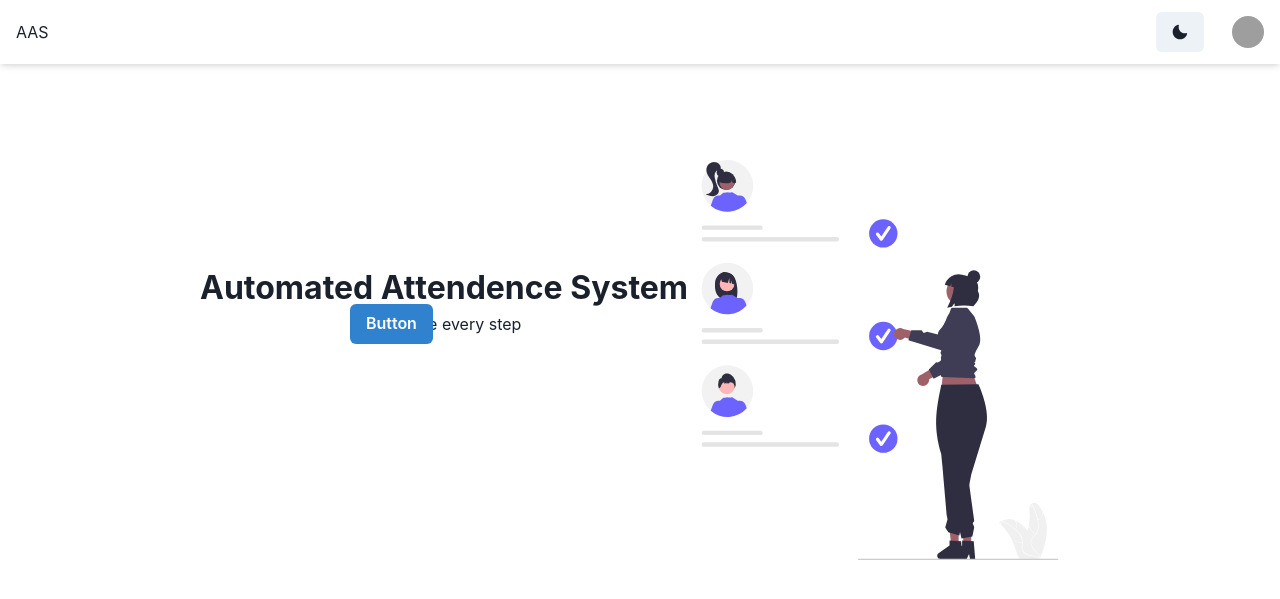
Repository: shash0708/attendence
Page: /
An editor plug-in stored every save of this project. The page is shown before and after a run of saves, followed by the edit.
The browser window is 1280 px wide. The pictures show the whole page.
Pictures or frames that could not be fetched are drawn as grey boxes. The project was rebuilt for these pictures with package versions that can differ from the ones it lists, and the page was loaded fresh each time. Also part of the build but not shown: src/App.css, src/components/Login/Login.component.jsx, src/components/Signup/Signup.component.jsx, src/routes/Authentication/Authentication.component.jsx.

Above is the page before, as saved 2024-04-06 20:44:02.

### src/index.js
import React from 'react';
import ReactDOM from 'react-dom/client';
import './index.css';
import App from './App';
import reportWebVitals from './reportWebVitals';
import { BrowserRouter } from 'react-router-dom';
import { ChakraProvider } from '@chakra-ui/react'

const root = ReactDOM.createRoot(document.getElementById('root'));
root.render(
  <React.StrictMode>
  <BrowserRouter>
<ChakraProvider>
    <App />
    </ChakraProvider>
    </BrowserRouter>

  </React.StrictMode>
);

// If you want to start measuring performance in your app, pass a function
// to log results (for example: reportWebVitals(console.log))
// or send to an analytics endpoint. Learn more: https://bit.ly/CRA-vitals
reportWebVitals();

### src/App.js
import './App.css';
import Home from './routes/Home/Home.component.jsx'
import { Routes,Route} from 'react-router-dom';
import Authentication from './routes/Authentication/Authentication.component';

function App() {
  return (
    <Routes>
    <Route index element={<Home/>}/>

    <Route path='auth' element={<Authentication/>}/>

    </Routes>
  );
}

export default App;

### src/routes/Home/Home.component.jsx
import React from 'react'
import { Outlet } from 'react-router-dom';
import Nav from '../../components/Navbar/Navbar.component';
import HomeProp from '../../components/homeProp/HomeProp.component';
const Home  = () => {
  return (
    <div>
       <Nav/>
       <HomeProp />
       <Outlet/>
    </div>
  )
}

export  default Home;

### client/src/components/Navbar/Navbar.component.jsx
'use client'

import {
  Box,
  Flex,
  Avatar,
  Text,
  Button,
  Menu,
  MenuButton,
  MenuList,
  MenuItem,
  MenuDivider,
  useDisclosure,
  useColorModeValue,
  Stack,
  useColorMode,
  Center,
} from '@chakra-ui/react'
import { MoonIcon, SunIcon } from '@chakra-ui/icons'
import { Link, Outlet } from 'react-router-dom';

const NavLink = (props) => {
  const { children } = props

  return (
    <Box
      as="a"
      px={2}
      py={1}
      rounded={'md'}
      _hover={{
        textDecoration: 'none',
        bg: useColorModeValue('gray.200', 'gray.700'),
      }}
      href={'#'}>
      {children}
    </Box>
  )
}

export default function Nav() {
  const { colorMode, toggleColorMode } = useColorMode();
  const { isOpen, onOpen, onClose } = useDisclosure();
  return (
    <div>
      <Box

        px={4}
        shadow="md"
        style={{ backdropFilter: 'blur(10px)' }} // Adds blur effect to the background
      >
        <Flex h={16} alignItems={'center'} justifyContent={'space-between'}>
          <Box>
          <Link to="/">AAS</Link>

          </Box>

          <Flex alignItems={'center'}>
            <Stack direction={'row'} spacing={7}>
              <Button onClick={toggleColorMode}>
                {colorMode === 'light' ? <MoonIcon /> : <SunIcon />}
              </Button>

              <Menu>
                <MenuButton
                  as={Button}
                  rounded={'full'}
                  variant={'link'}
                  cursor={'pointer'}
                  minW={0}>
                  <Avatar
                    size={'sm'}
                    src={'https://avatars.dicebear.com/api/male/username.svg'}
                  />
                </MenuButton>
                <MenuList alignItems={'center'} shadow="lg">
                  <br />
                  <Center>
                    <Avatar
                      size={'2xl'}
                      src={'https://avatars.dicebear.com/api/male/username.svg'}
                    />
                  </Center>
                  <br />
                  <Center>
                    <p>Username</p>
                  </Center>
                  <br />
                  <MenuDivider />
                  <MenuItem>Your Servers</MenuItem>
                  <MenuItem>Account Settings</MenuItem>
                  <MenuItem>Logout</MenuItem>
                </MenuList>
              </Menu>
            </Stack>
          </Flex>
        </Flex>
      </Box>
      <Outlet />
    </div>
  );
}

### src/components/homeProp/HomeProp.component.jsx
import React, { Fragment } from 'react'
import { ReactComponent as HomeLogo } from '../../assests/home.svg'
import ButtonProp from '../Button/Button.component'
import './HomeProp.styles.scss';
const HomeProp= () => {
  return (
    <Fragment>
<div className='text-container'>
    <h1>Automated Attendence  System</h1>

    </div>
    <div className='revolutionze'>
    <p>Revoultinze every step</p>
    </div>
    <div className='button-prop'>
    <ButtonProp/>
        </div>

      <HomeLogo className='home-prop'/>
    </Fragment>
  )
}

export default HomeProp;

### src/components/Button/Button.component.jsx
import { Button, ButtonGroup } from '@chakra-ui/react'

import React from 'react'

const ButtonProp = () => {
  return (
    <div>
    <Button colorScheme='blue'>Button</Button>
    </div>
  )
}

export default ButtonProp;

### src/components/homeProp/HomeProp.styles.scss
// Use variables to style your logo
.home-prop{
  width: 1000px;
  height: 400px;  // Add other styling properties as needed
  position: fixed;
  top: 50%; // Adjust as needed
  right: -100px; // Adjust as needed
  transform: translateY(-50%);
}

.text-container{
  font-size: xx-large;
  font-weight: bolder;
  position: fixed;
  top: 40%; // Adjust as needed
  left: 200px; // Adjust as needed
  transform: translateY(-50%);

}


.revolutionze{
  font-size: medium;
  position: fixed;
  top: 45%; // Adjust as needed
  left: 350px; // Adjust as needed
  transform: translateY(-50%);
}

.button-prop{
  font-size: medium;
  position: fixed;
  top: 45%; // Adjust as needed
  left: 350px; // Adjust as needed
  transform: translateY(-50%);
}

Loaded but not shown: public/index.html (common file); src/index.css (common file); src/reportWebVitals.js (common file)

After the next 2 saves:
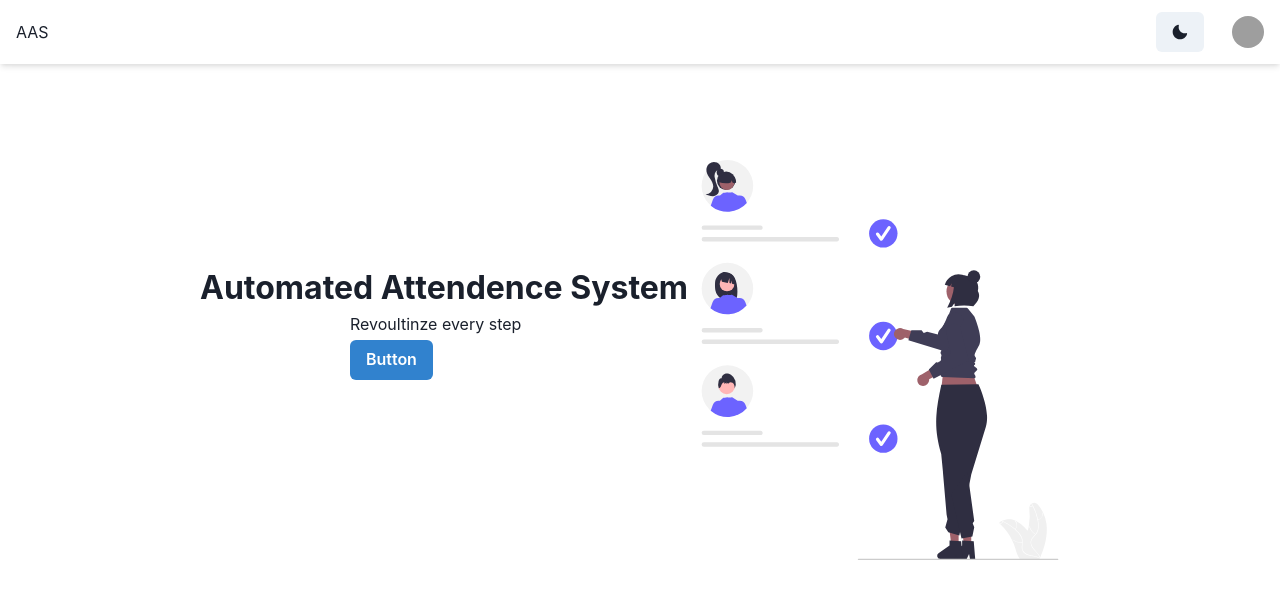
The 2 saves are shown as one change because they came seconds apart.
The last was saved 7 s later.
--- a/src/components/homeProp/HomeProp.styles.scss
+++ b/src/components/homeProp/HomeProp.styles.scss
@@ -30,7 +30,7 @@
 .button-prop{
   font-size: medium;
   position: fixed;
-  top: 45%; // Adjust as needed
+  top: 50%; // Adjust as needed
   left: 350px; // Adjust as needed
   transform: translateY(-50%);
 }
